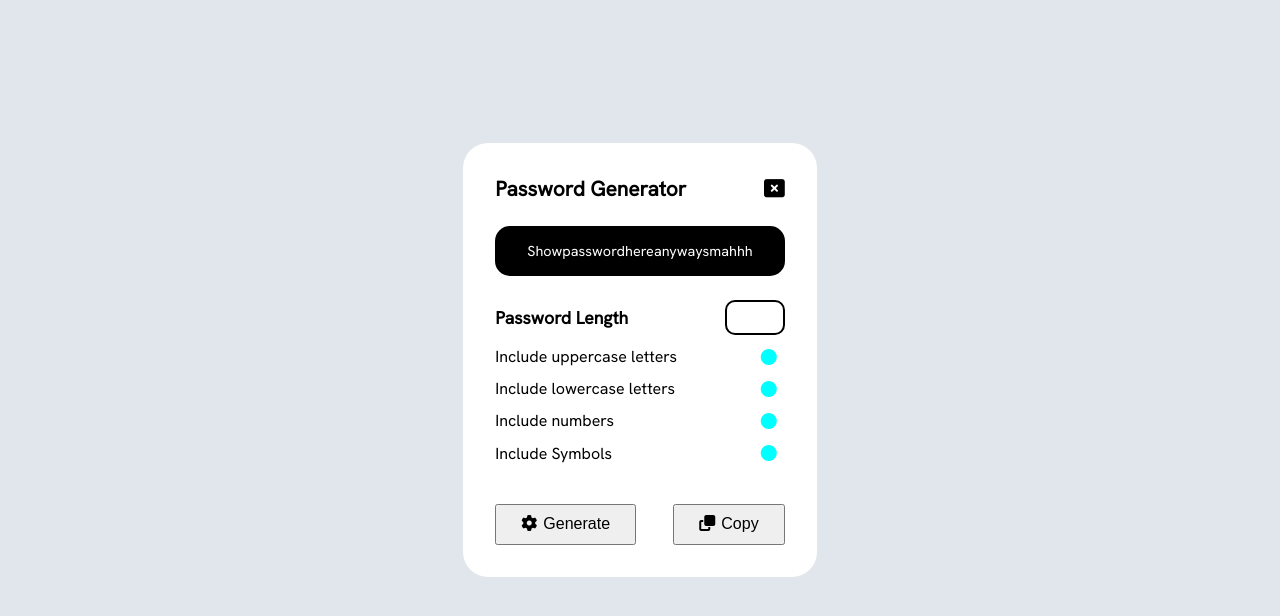
Repository: emiliaiwu/password_generator
Page: index.html
An editor plug-in stored every save of this project. The page is shown before and after a run of saves, followed by the edit.
The browser window is 1280 px wide. The pictures show the whole page.
Some web libraries are served in a nearby version.

Above is the page before, as saved 2022-12-14 04:42:51.

### index.html
<!DOCTYPE html>
<html lang="en">
<head>
    <meta charset="UTF-8">
    <meta http-equiv="X-UA-Compatible" content="IE=edge">
    <meta name="viewport" content="width=device-width, initial-scale=1.0">
    <link rel="stylesheet" href="style.css">
    <script src="https://kit.fontawesome.com/fd9c36575f.js" crossorigin="anonymous"></script>
    <title>Password Generator</title>
</head>
<body>
    <div class="container">
        <div class="title">
            <h2>Password Generator</h2>
            <i class="fa-solid fa-rectangle-xmark"></i>
        </div>

        <div class="display_password">
            <p>Showpasswordhereanywaysmahhh</p>
        </div>

        <div class="password_attributes">
            <div class="password_length">
                <h3>Password Length</h3>
                <input type="text">
            </div>

            <div class="password_includes">
                <ul>
                    <li class="list">
                        <label for="uppercase" id="uppercase_letters">Include uppercase letters
                            <i class="fa-solid fa-circle"></i>
                            <i class="fa-solid fa-circle-check"></i>
                            <input type="checkbox" name="uppercase" id="uppercase" class="uppercase">
                        </label>
                    </li>
                    <li class="list">
                        <label for="lowercase" id="lowercase_letters">Include lowercase letters
                            <i class="fa-solid fa-circle"></i>
                            <i class="fa-solid fa-circle-check"></i>
                            <input type="checkbox" name="lowercase" id="lowercase" class="lowercase">
                        </label>
                    </li>
                    <li class="list">
                        <label for="numbers" id="include_numbers">Include numbers
                            <i class="fa-solid fa-circle"></i>
                            <i class="fa-solid fa-circle-check"></i>
                            <input type="checkbox" name="numbers" id="numbers" class="numbers">
                        </label>

                    </li>
                    <li class="list">
                        <label for="symbols" id="include_symbols">Include Symbols
                            <i class="fa-solid fa-circle"></i>
                            <i class="fa-solid fa-circle-check"></i>
                            <input type="checkbox" name="symbols" id="symbols" class="symbols">
                        </label>

                    </li>
                </ul>
            </div>
        </div>

        <div class="cta">
            <button class="btn generate"><i class="fa-solid fa-gear"></i>Generate</button>
            <button class="btn copy"><i class="fa-solid fa-clone"></i>Copy</button>
        </div>
    </div>
</body>
</html>

### style.css
@import url('https://fonts.googleapis.com/css2?family=Hanken+Grotesk:wght@300;400&display=swap');


* {
    margin: 0;
    padding: 0;
    box-sizing: border-box;
    list-style-type: none;
}


:root {
    --BG-COLOR: #fff;
    --BG-COLOR2:
}


body {
    width: 100vw;
    height: 100vh;
    font-family: 'Hanken Grotesk', sans-serif;
    display: flex;
    align-items: center;
    justify-content: center;
    color: #000;
    background-color: rgb(224, 230, 236);
}

.container {
    background-color: var(--BG-COLOR);
    display: flex;
    flex-direction: column;
    align-items: left;
    justify-content: space-between;
    gap: 1.5rem;
    padding: 2rem;
    border-radius: 25px;

}

h2 {
   font-size: 1.3rem;
   font-family: inherit;
}

h3 {
    font-size: 1.1rem;
    font-family: inherit;
}

.title,
label,
.password_length,
.cta {
    display: flex;
    align-items: center;
    justify-content: space-between;
}

.fa-rectangle-xmark {
    font-size: 1.3rem;
}

.display_password {
    padding: 1rem 2rem;
    border-radius: 15px;
    background: #000000;
    color: #fff;
    overflow: hidden;
}

.display_password p {
    font-size: .9rem;
    word-wrap: break-word;
}

.password_length input[type="text"] {
    width: 60px;
    padding: .3rem .7rem;
    font-size: 1.1rem;
    border: 2px solid #000;
    border-radius: 10px;
}

.password_length input[type="text"]:focus {
    outline: none;
}

.list {
    margin-top: .7rem;

}

.list input[type="checkbox"] {
    /* width: 20px; */
    padding: 1rem;

}

label {
     position: relative;
}

.list .fa-solid {
    position: absolute;
    top: 50%;
    right: 0;
    transform: translate(-50%, -50%);
}

.fa-circle {
    color: aqua;
}

.fa-circle-check{
    opacity: 0;
}

.list input {
    opacity: 0;
}


.btn {
    margin-top: 1rem;
    padding: .6rem 1.5rem;
    font-size: 1rem;

}

.btn .fa-solid {
    margin-right: 6px;
}

After the next 5 saves:
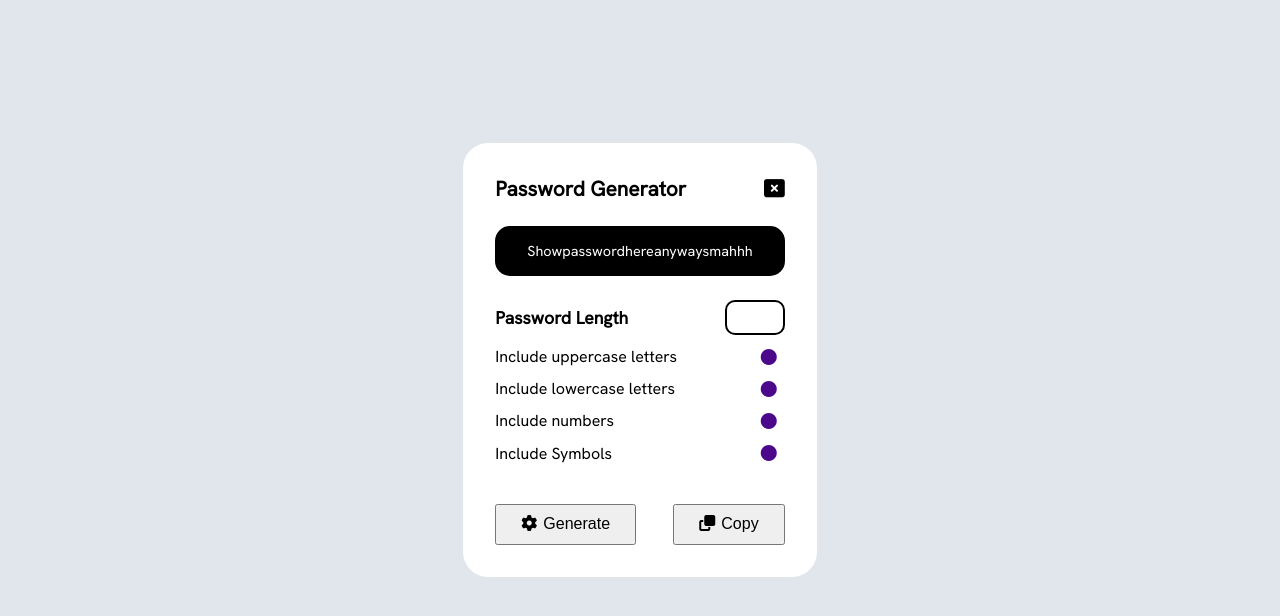
The 5 saves are shown as one change because they came seconds apart.
The last was saved 12 s later.
--- a/style.css
+++ b/style.css
@@ -109,7 +109,7 @@ label {
 }
 
 .fa-circle {
-    color: aqua;
+    color: rgb(76, 8, 139);
 }
 
 .fa-circle-check{
